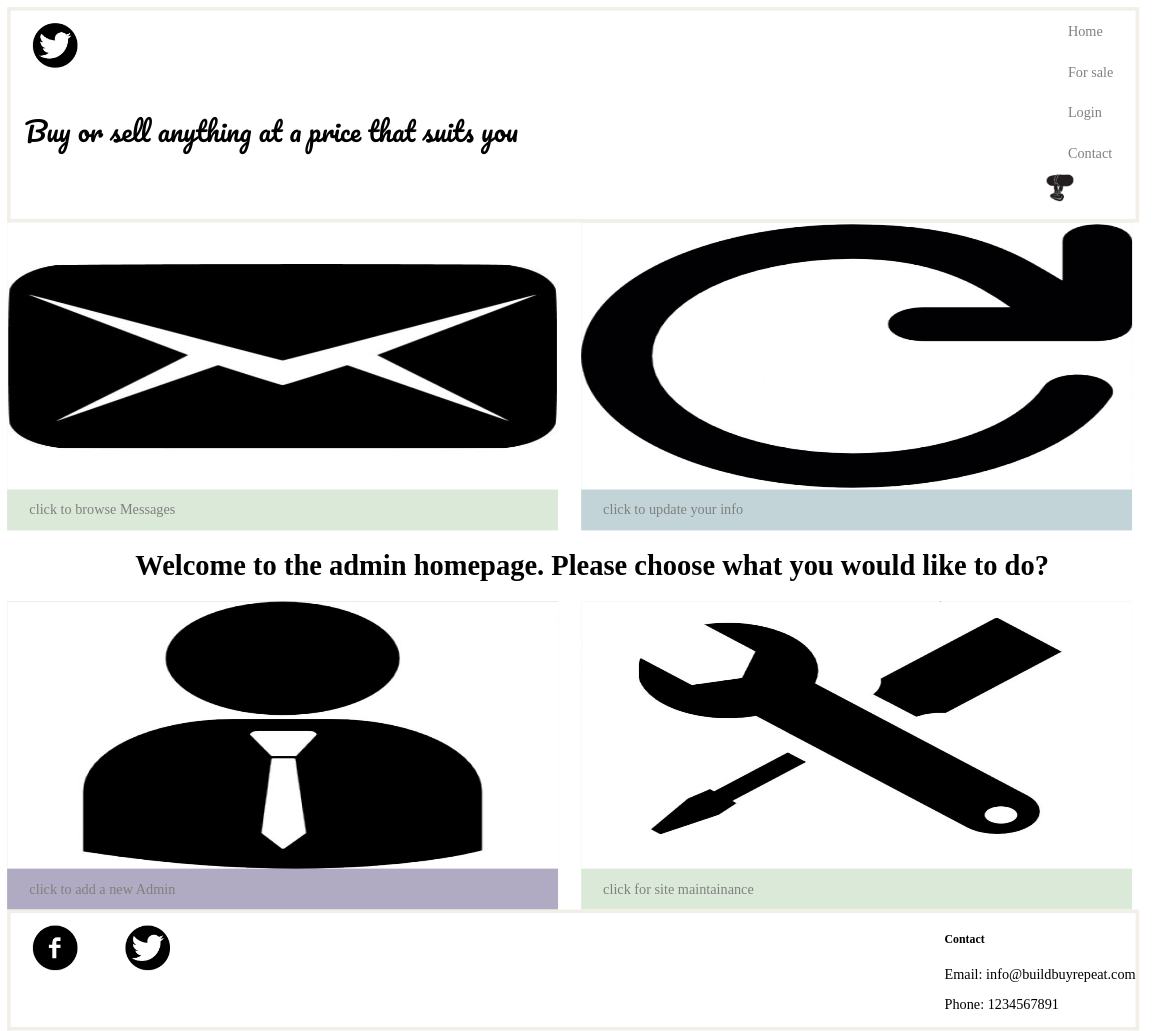
Repository: L00107244/Dynamic_websites_and_services
Page: http://localhost/web-SQL/webpages/adminPage.jsp
The author's editor kept a copy of each file at every save. The page is drawn from the files as they stood at one save, then again after the next save.
The browser window is 1280 px wide. The page is 1297 px wide, so the pictures cover 1297 px, including what lies to the right of the window. The pictures show the whole page, at 89% of full size.
Some web fonts or font styles are not loaded; a fallback is used. The page is served by Tomcat 9.

Above is the page before, as saved 2017-08-01 12:59:23.

After the next save:
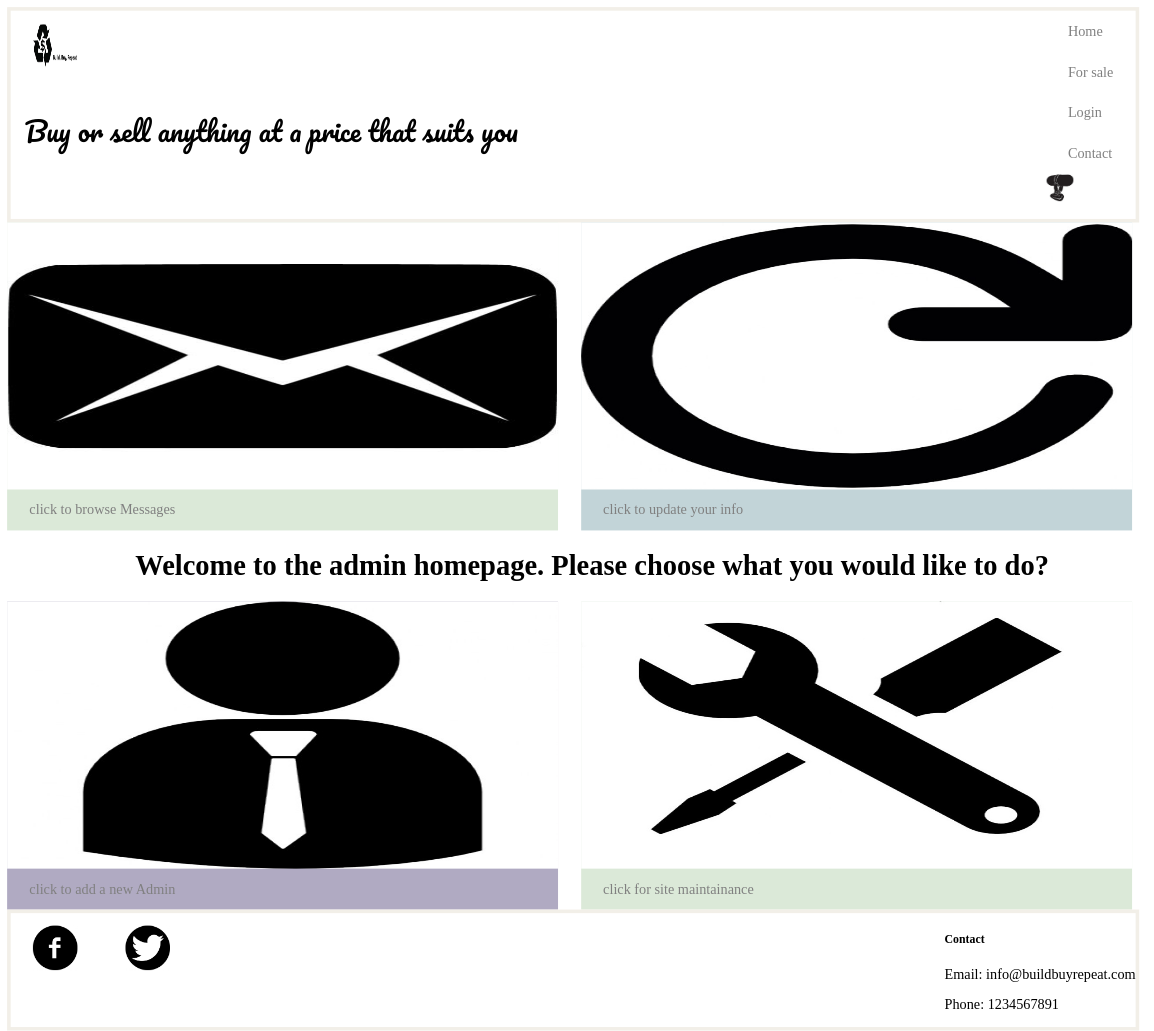
Saved 32 s later.
--- a/web-SQL/WebContent/webpages/adminPage.jsp
+++ b/web-SQL/WebContent/webpages/adminPage.jsp
@@ -13,7 +13,7 @@
 <div id = header>
 
 <div id= logo>
-<a href="http://localhost:8080/web-SQL/webpages/index.jsp"><img src=Sample_photos/icons/twitter.jpg width="50" height="50"></a>
+<a href="http://localhost:8080/web-SQL/webpages/index.jsp"><img src= "Sample_photos/logo/main_logo.JPG" width="50" height="50"></a>
 <div id = Quote>
 <link href="https://fonts.googleapis.com/css?family=Pacifico" rel="stylesheet">
 <p>Buy or sell anything at a price that suits you</p>
